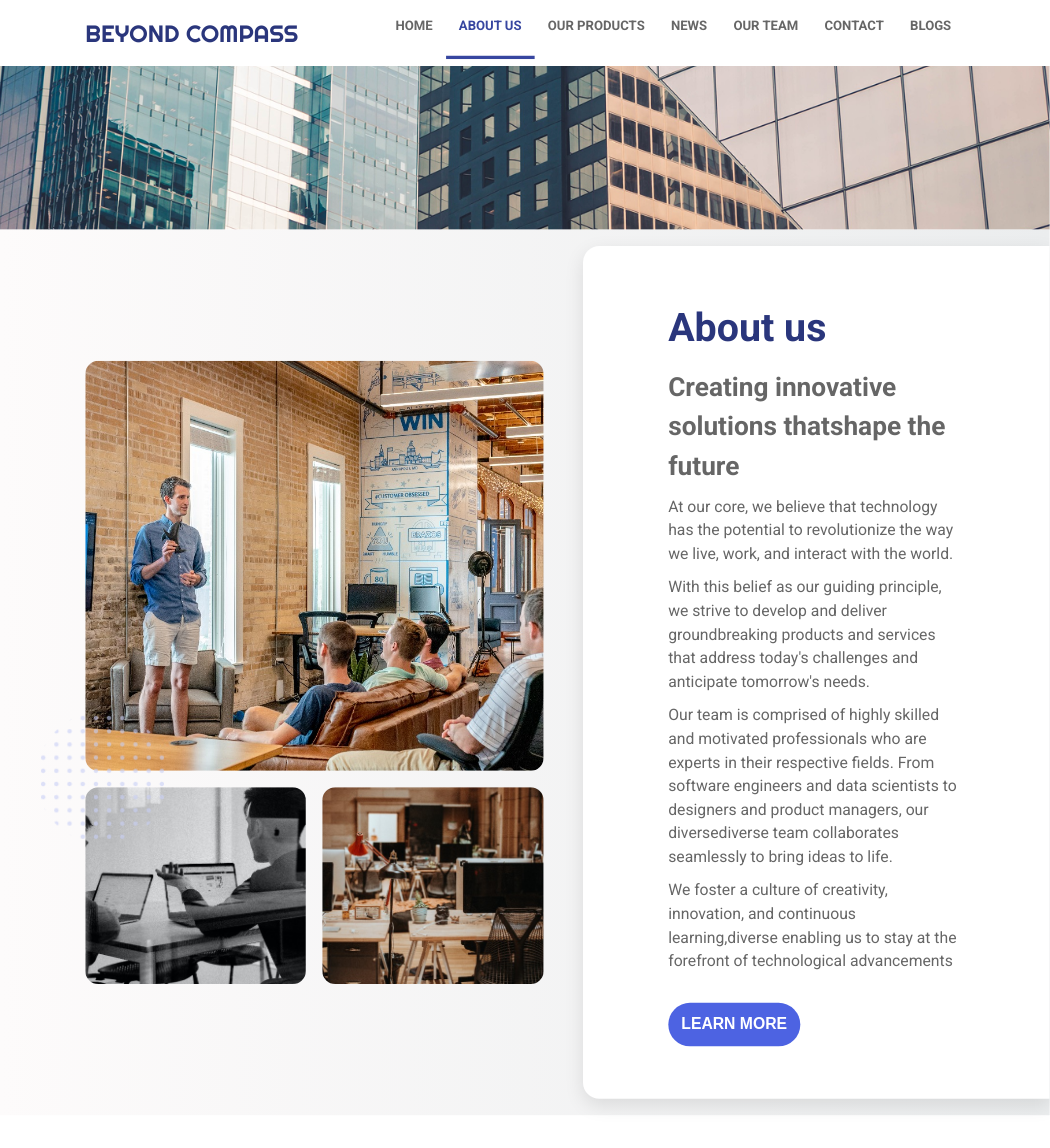
Repository: trunghau06/baitapRn
Page: pages/about.html
An editor plug-in stored every save of this project. The page is shown before and after the next save, followed by the edit.
The browser window is 1280 px wide. The pictures show the whole page, at 82% of full size.

Above is the page before, as saved 2025-10-15 19:45:24.

### pages/about.html
<!DOCTYPE html>
<html lang="en">
<head>
    <meta charset="UTF-8">
    <meta name="viewport" content="width=device-width, initial-scale=1.0">
    <title>About us</title>
    <link rel="stylesheet" href="../style/about.css?v=1">
    <link rel="stylesheet" href="https://cdnjs.cloudflare.com/ajax/libs/font-awesome/6.5.1/css/all.min.css">
    <link href="https://fonts.googleapis.com/css2?family=Roboto:wght@400;700&display=swap" rel="stylesheet">
</head>
<body>
    <!-- Thanh Header -->
    <header>
        <div class="header-Page">
            <!-- Logo -->
            <div class="logo">BEYOND COMPASS</div>

            <!-- Navigation Menu -->
            <nav>
                <div class="menu-item"><a href="../index.html">HOME</a></div>
                <div class="menu-item active"><a href="../pages/about.html">ABOUT US</a></div>
                <div class="menu-item"><a href="../pages/product.html">OUR PRODUCTS</a></div>
                <div class="menu-item"><a href="../pages/news.html">NEWS</a></div>
                <div class="menu-item"><a href="../pages/team.html">OUR TEAM</a></div>
                <div class="menu-item"><a href="../pages/contact.html">CONTACT</a></div>
                <div class="menu-item"><a href="../pages/blogs.html">BLOGS</a></div>
            </nav>
        </div>
    </header>

    <div class="header-banner"></div>

    <!-- Nội dung chính -->

    <div class="main-section">
        <!-- Phan khung anh-->
        <div class="image-section">
            <!-- Anh lon -->
            <div class="image-large">
                <img src="../Images/image_about_1.jpg" alt="Ảnh lớn">
            </div>

            <!-- Anh nho -->
            <div class="img-small">
                <img src="../Images/image_about_2.jpg" alt="Laptop workspace">
                <img src="../Images/image_about_3.jpg" alt="Office">
            </div>
        </div>

        <div class="image-blur">
            <img src="../Images/image_blur.png">
        </div>

        <!-- Phan noi dung -->
        <div class="content-section">
            <h2>About us</h2>

            <h3>Creating innovative solutions thatshape the future</h3>

            <p>
                At our core, we believe that technology has the potential to
                revolutionize the way we live, work, and interact with the world.
            </p>

            <p>
                With this belief as our guiding principle, we strive to develop and
                deliver groundbreaking products and services that address today's
                challenges and anticipate tomorrow's needs.
            </p>

            <p>
                Our team is comprised of highly skilled and motivated professionals
                who are experts in their respective fields. From software engineers
                and data scientists to designers and product managers, our diversediverse
                team collaborates seamlessly to bring ideas to life.
            </p>

            <p>
                We foster a culture of creativity, innovation, and continuous learning,diverse
                enabling us to stay at the forefront of technological advancements
            </p>

            <button class="btn-learnmore">LEARN MORE</button>
        </div>
    </div>
</body>
</html>

### style/about.css
@import url('https://fonts.googleapis.com/css2?family=Righteous&display=swap');

* {
    margin: 0;
    padding: 0;
    box-sizing: border-box;
}

body {
    font-family: Arial, sans-serif;
}

/* Header */
.header-Page {
    position: fixed;
    top: 0;
    left: 0;
    width: 100%;
    margin: 0 auto;
    padding: 0 104px;
    display: flex;
    justify-content: space-between;
    align-items: center;
    height: 80px;
    background-color: white;
    z-index: 1000;
}


/* Logo */
.logo {
    font-family: 'Righteous', Arial, sans-serif;
    color: #2A367C;
    font-size: 1.8em;
    font-weight: 400;
}

/* Menu */
nav {
    display: flex;
    align-items: flex-end;
}

.menu-item {
    display: flex;
    justify-content: center;
    padding: 0;
}

.menu-item a {
    display: flex;
    align-items: center;
    justify-content: center;
    padding: 12px 16px 28px 16px;
    text-decoration: none;
    color: #666666;
    font-size: 1em;
    font-weight: 700;
    font-family: 'Roboto', Arial, sans-serif;
    border-bottom: 4px solid transparent;
    transition: border-color 0.3s, color 0.3s;
    cursor: pointer;
}

.menu-item a:hover {
    border-bottom-color: #3746A0;
    color: #3746A0;
}

.menu-item.active a {
    border-bottom-color: #3746A0;
    color: #3746A0;
}

/* Banner */
.header-banner {
    margin-top: 80px;
    width: 100%;
    height: 200px;
    background-image: url('../Images/anhHeader_2.png');
    background-size: cover;
    background-position: center;
}

/* Main Content */
.main-section {
    display: flex;
    justify-content: space-between;
    align-items: center;
    width: 100%;
    margin: 0 auto 40px 0;
    background-image: linear-gradient(to right, #FDFBFB, #EBEDEE);
    padding: 20px 0 20px 104px;
    gap: 48px;
    position: relative;
}

.image-blur {
    position: absolute;
    left: 50px;
    top: 62%;
    transform: translateY(-50%);
    z-index: 999;
}

.image-blur img {
    width: 150px;
    height: auto;
    opacity: 0.6;
}

.image-section {
    width: 50%;
    display: flex;
    flex-direction: column;
    gap: 20px;
    overflow: hidden;
}

.image-large {
    width: 100%;
    height: 500px;
    border-radius: 16px;
    overflow: hidden;
}

.image-large img {
    width: 100%;
    height: 100%;
    object-fit: cover;
    display: block;
}

.img-small {
    display: flex;
    gap: 20px;
}

.img-small img {
    width: 50%;
    height: 240px;
    aspect-ratio: 1 / 1;
    border-radius: 16px;
    object-fit: cover;
}

.content-section {
    width: 50%;
    background: #FFFFFF;
    box-shadow: 0 8px 24px rgba(0, 0, 0, 0.1);
    border-radius: 20px 0 0 20px;
    padding: 64px 104px;
    display: flex;
    flex-direction: column;
    justify-content: center;
}

.content-section h2 {
    font-family: 'Roboto', Arial, sans-serif;
    color: #2A367C;
    font-size: 3em;
    font-weight: 700;
    margin-bottom: 12px;
    line-height: 1.5;
    letter-spacing: 1%;
}

.content-section h3 {
    font-family: 'Roboto', Arial, sans-serif;
    font-size: 2em;
    color: #666666;
    font-weight: bold;
    margin-bottom: 12px;
    line-height: 1.5;
    letter-spacing: 1%;
}

.content-section p {
    color: #666666;
    font-family: 'Roboto', Arial, sans-serif;
    margin-bottom: 12px;
    line-height: 1.5;
    letter-spacing: 1%;
    font-size: 1.2em;
}

.btn-learnmore {
    margin-top: 24px;
    background-color: #4D63E2;
    color: white;
    font-size: 1.2em;
    font-weight: 600;
    padding: 12px 16px;
    border: none;
    line-height: 1.5;
    letter-spacing: 1%;
    border-radius: 32px;
    cursor: pointer;
    transition: all 0.3s ease;
    align-self: flex-start;
}

After the next save:
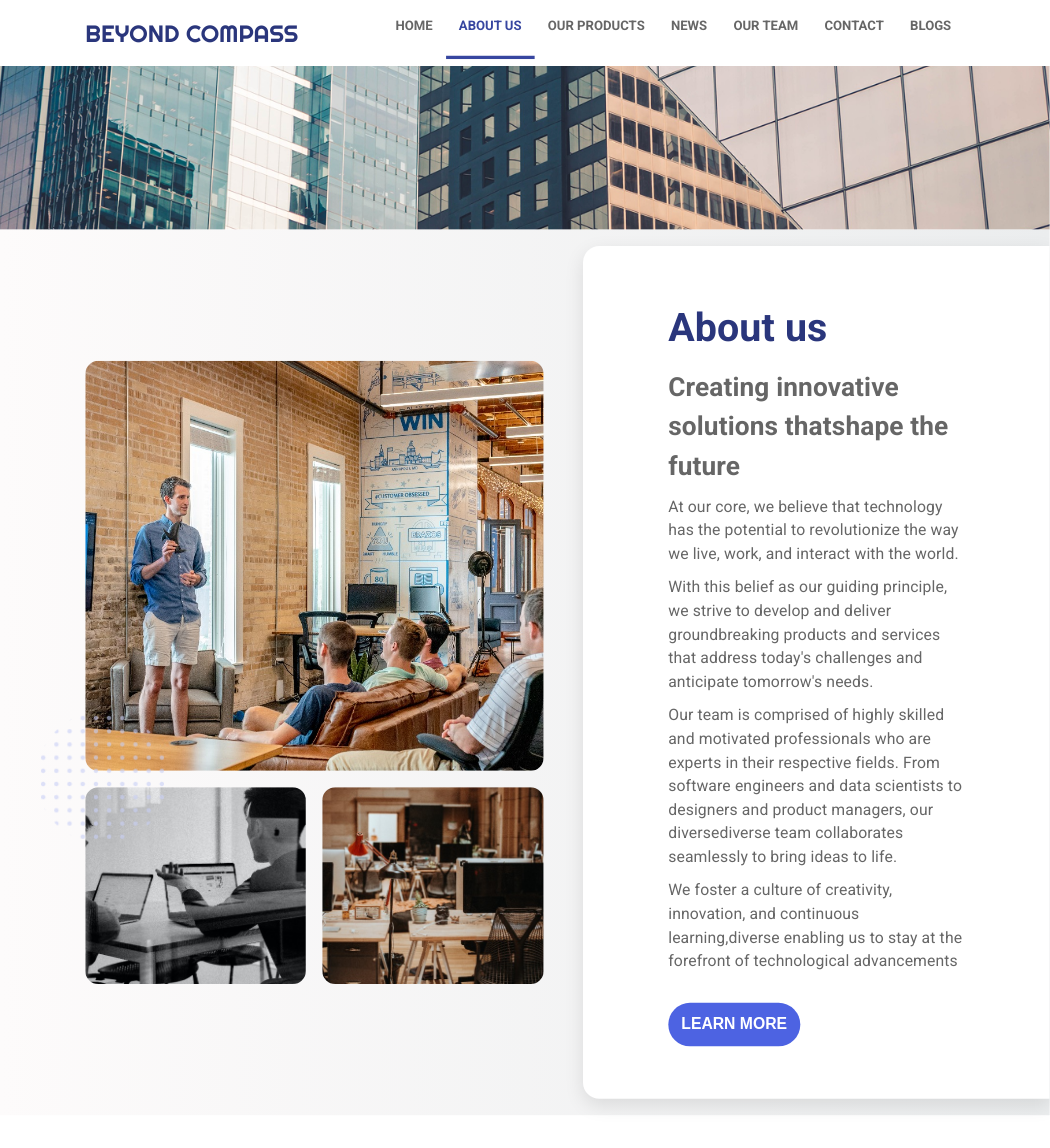
Saved 11 s later.
--- a/style/about.css
+++ b/style/about.css
@@ -162,7 +162,7 @@ nav {
     font-weight: 700;
     margin-bottom: 12px;
     line-height: 1.5;
-    letter-spacing: 1%;
+    letter-spacing: 0.16px;
 }
 
 .content-section h3 {
@@ -172,7 +172,7 @@ nav {
     font-weight: bold;
     margin-bottom: 12px;
     line-height: 1.5;
-    letter-spacing: 1%;
+    letter-spacing: 0.16px;
 }
 
 .content-section p {
@@ -180,7 +180,7 @@ nav {
     font-family: 'Roboto', Arial, sans-serif;
     margin-bottom: 12px;
     line-height: 1.5;
-    letter-spacing: 1%;
+    letter-spacing: 0.16px;
     font-size: 1.2em;
 }
 
